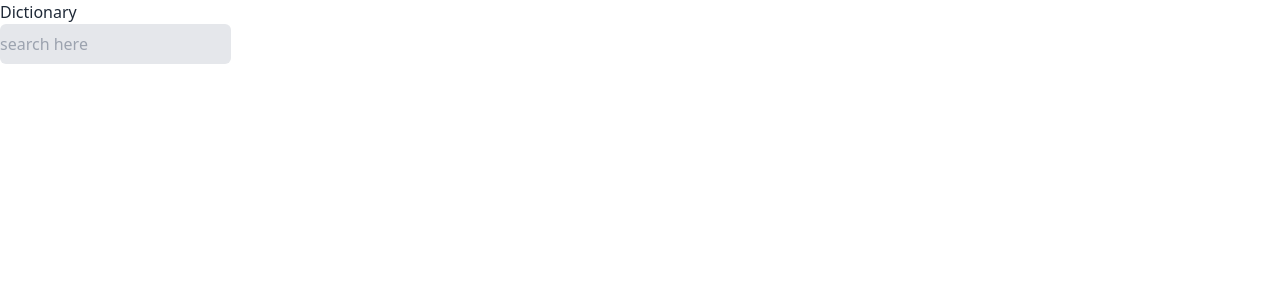
Repository: imokha01/dictionary-app
Page: /
These files come from the project's save history. The page is drawn as it stood at one moment and after the next save; the edit follows.
The browser window is 1280 px wide. The pictures show the whole page.
The project was rebuilt for these pictures with package versions that can differ from the ones it lists, and the page was loaded fresh each time. Also part of the build but not shown: vite.config.js, src/App.css.

Above is the page before, as saved 2024-02-19 10:45:33.

After the next save:
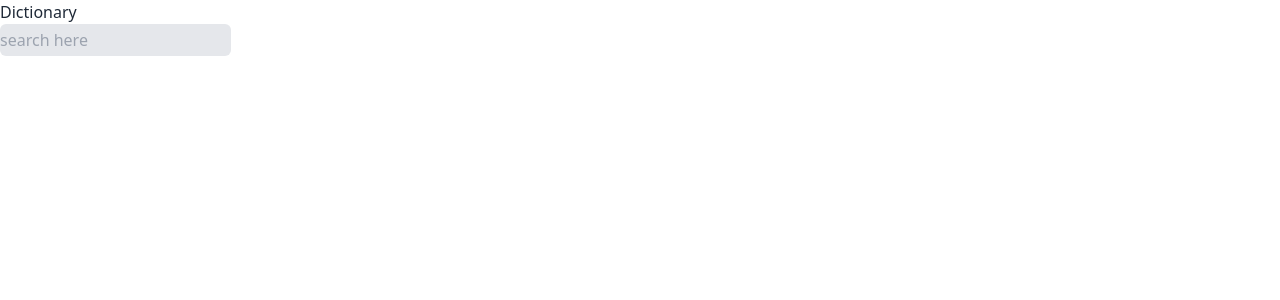
Saved 4 s later.
--- a/src/pages/Home.jsx
+++ b/src/pages/Home.jsx
@@ -4,7 +4,7 @@ const Home = () => {
     <div>
       <div>
         <h1>Dictionary</h1>
-        <input className="bg-gray-200 rounded-md h-10" type="text" placeholder="search here" />
+        <input className="bg-gray-200 rounded-md h-8" type="text" placeholder="search here" />
       </div>
     </div>
   )
